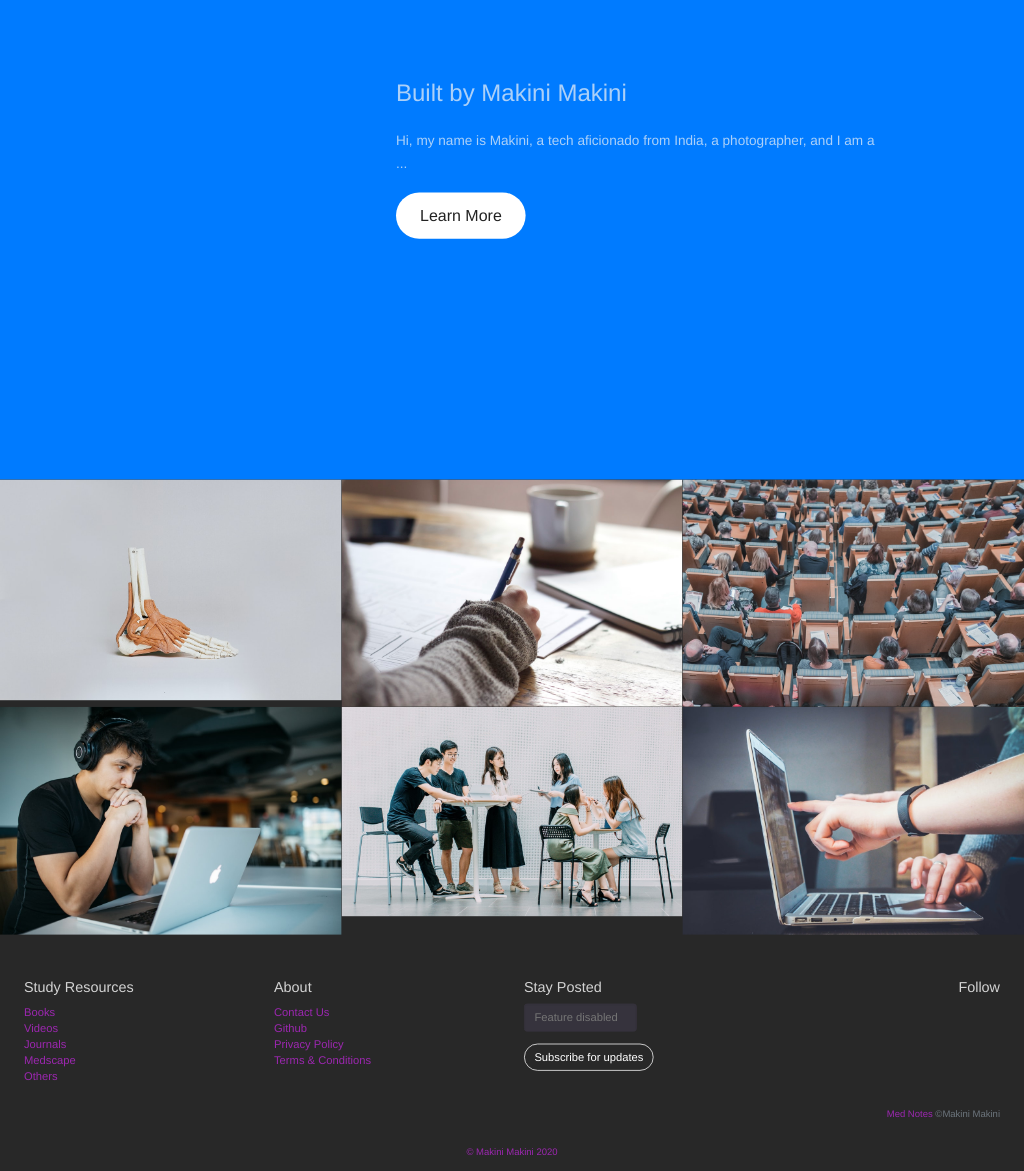
Repository: MakiniMakini/AMSUN-NOTES
Page: http://localhost/
These files come from the project's save history. The page is drawn as it stood at one moment and after the next save; the edit follows.
The browser window is 1280 px wide. The pictures show the part of the page from y = 787 to 2251 px (the page is 2251 px tall), at 80% of full size.
Some web fonts or font styles are not loaded; a fallback is used. The page is served by the project's application, run on Flask 3 (application.py). Other server files are loaded and not shown.

Above is the page before, as saved 2020-12-27 16:29:01.

### templates/home.html
{% extends "layout.html" %}

{% block title %}
    Home
{% endblock %}

{% block main %}


<header id="first">
    <div class="header-content">
        <div class="inner">
            {% if session.user_id %}
            <h1 class="cursive">Welcome, Medical Student Notes</h1>
            <h4>An easy way to watch Youtube Videos and save notes</h4>
            <hr>
                <a href="https://www.youtube.com" target="blank"  class="btn btn-primary btn-xl mb-5 mb-md-0">Search Youtube</a> &nbsp; <a href="/home" class="btn btn-primary btn-xl page-scroll">Get Started</a>
            {% else %}
                <h1 class="cursive">Amsun Notes</h1>
                <hr>
                <a href="/about" data-toggle="collapse" class="btn btn-primary btn-xl page-scroll">About</a> &nbsp; <a href="/login" class="btn btn-primary btn-xl page-scroll">Get Started</a>
            {% endif %}
        </div>
    </div>
</header>
<section  id="one"  class="bg-primary" >
    <div class="container-fluid">
        <div class="row justify-content-center">
            <div class="col-lg-6 col-lg-offset-3 col-md-8 col-md-offset-2">
                <h2 class="margin-top-0  text-faded">Built by Makini Makini</h2>
                <br>
                <p class="text-faded">
                    Hi, my name is Makini, a tech aficionado from India, a photographer, and I am a ...
                </p>
                <a href="https://makini-makini.herokuapp.com" class="btn btn-default btn-xl page-scroll" target="blank">Learn More </a>
            </div>
        </div>
    </div>
</section>

<section id="three" class="no-padding">
    <div class="container-fluid">
        <div class="row no-gutter">
            <div class="col-lg-4 col-sm-6">
                <a href="#galleryModal" class="gallery-box" data-toggle="modal" data-src="./assets/deer.jpg">
                    <img src="/static/images/deer.jpg" class="img-responsive" alt="Image 1">
                    <div class="gallery-box-caption">
                        <div class="gallery-box-content">
                            <div>
                                <i class="icon-lg ion-ios-search"></i>
                            </div>
                        </div>
                    </div>
                </a>
            </div>
            <div class="col-lg-4 col-sm-6">
                <a href="#galleryModal" class="gallery-box" data-toggle="modal" data-src="/static/images/beach.jpg">
                    <img src="/static/images/beach.jpg" class="img-responsive" alt="Image 2">
                    <div class="gallery-box-caption">
                        <div class="gallery-box-content">
                            <div>
                                <i class="icon-lg ion-ios-search"></i>
                            </div>
                        </div>
                    </div>
                </a>
            </div>
            <div class="clearfix hidden-lg"> </div>
            <div class="col-lg-4 col-sm-6">
                <a href="#galleryModal" class="gallery-box" data-toggle="modal" data-src="./assets/lake.jpg">
                    <img src="/static/images/lake.jpg" class="img-responsive" alt="Image 3">
                    <div class="gallery-box-caption">
                        <div class="gallery-box-content">
                            <div>
                                <i class="icon-lg ion-ios-search"></i>
                            </div>
                        </div>
                    </div>
                </a>
            </div>
            <div class="col-lg-4 col-sm-6">
                <a href="#galleryModal" class="gallery-box" data-toggle="modal" data-src="./assets/bike.jpg">
                    <img src="/static/images/bike.jpg" class="img-responsive" alt="Image 4">
                    <div class="gallery-box-caption">
                        <div class="gallery-box-content">
                            <div>
                                <i class="icon-lg ion-ios-search"></i>
                            </div>
                        </div>
                    </div>
                </a>
            </div>
            <div class="clearfix hidden-lg"> </div>
            <div class="col-lg-4 col-sm-6">
                <a href="#galleryModal" class="gallery-box" data-toggle="modal" data-src="./assets/city.jpg">
                    <img src="/static/images/city.jpg" class="img-responsive" alt="Image 5">
                    <div class="gallery-box-caption">
                        <div class="gallery-box-content">
                            <div>
                                <i class="icon-lg ion-ios-search"></i>
                            </div>
                        </div>
                    </div>
                </a>
            </div>
            <div class="col-lg-4 col-sm-6">
                <a href="#galleryModal" class="gallery-box" data-toggle="modal" data-src="./assets/colors.jpg">
                    <img src="/static/images/colors.jpg" class="img-responsive" alt="Image 6">
                    <div class="gallery-box-caption">
                        <div class="gallery-box-content">
                            <div>
                                <i class="icon-lg ion-ios-search"></i>
                            </div>
                        </div>
                    </div>
                </a>
            </div>
        </div>
    </div>
</section>



<footer id="footer">
    <div class="container-fluid">
        <div class="row">
            <div class="col-xs-6 col-sm-3 column">
                <h4>Study Resources</h4>
                <ul class="list-unstyled">
                    <li><a href="https://www.pdfdrive.com/category/45" target="blank">Books</a></li>
                    <li><a href="https://www.youtube.com/c/osmosis/videos" target="blank">Videos</a></li>
                    <li><a href="http://www.freemedicaljournals.com" target="blank">Journals</a></li>
                    <li><a href="http://www.medscape.com" target="blank">Medscape</a></li>
                    <li><a href="https://www.youtube.com/user/armandohasudungan/videos" target="blank">Others</a></li>
                </ul>
            </div>
            <div class="col-xs-6 col-sm-3 column">
                <h4>About</h4>
                <ul class="list-unstyled">
                    <li><a href="mailto:brianmakini@gmail.com">Contact Us</a></li>
                    <li><a href="https://github.com/MakiniMakini" target="blank">Github</a></li>
                    <li><a href="#">Privacy Policy</a></li>
                    <li><a href="#">Terms &amp; Conditions</a></li>
                </ul>
            </div>
            <div class="col-xs-12 col-sm-3 column">
                <h4>Stay Posted</h4>
                <form>
                    <div class="form-group">
                      <input type="text" class="form-control-email" title="No spam, we promise!" placeholder="Feature disabled">
                    </div>
                    <div class="form-group">
                      <button class="btn btn-primary" data-toggle="modal" data-target="#alertModal" type="button">Subscribe for updates</button>
                    </div>
                </form>
            </div>
            <div class="col-xs-12 col-sm-3 text-right">
                <h4>Follow</h4>
                <ul class="list-inline">
                  <li><a rel="nofollow" href="" title="Twitter"><i class="icon-lg ion-social-twitter-outline"></i></a>&nbsp;</li>
                  <li><a rel="nofollow" href="" title="Facebook"><i class="icon-lg ion-social-facebook-outline"></i></a>&nbsp;</li>
                  <li><a rel="nofollow" href="" title="Dribble"><i class="icon-lg ion-social-dribbble-outline"></i></a></li>
                </ul>
            </div>
        </div>
        <br/>
        <span class="pull-right text-muted small"><a href="#">Med Notes</a> ©Makini Makini</span>
    </div>
</footer>

<!--scripts loaded here -->
<script src="/js/jquery.min.js"></script>
<script src="/js/bootstrap.min.js"></script>
<script src="/js/jquery.easing.min.js"></script>
<script src="/js/wow.js"></script>
<script src="/js/scripts.js"></script>


{% endblock %}

### templates/layout.html
<!DOCTYPE html>
<html lang="en">
    <head>
        <!-- Required meta tags -->
        <meta charset="utf-8">
        <meta name="viewport" content="width=device-width, initial-scale=1, shrink-to-fit=no">

        <!-- documentation at http://getbootstrap.com/docs/4.1/, alternative themes at https://bootswatch.com/ -->
        <link href="https://maxcdn.bootstrapcdn.com/bootstrap/4.1.3/css/bootstrap.min.css" rel="stylesheet">

        <!-- https://favicon.io/emoji-favicons/money-mouth-face/ -->
        <link href="/static/favicon.ico" rel="icon">

        <link href="/static/styles.css" rel="stylesheet">
        <link rel="stylesheet" href="/static/bootstrap.min.css" />
        <link rel="stylesheet" href="/static/animate.min.css" />
        <link rel="stylesheet" href="/static/ionicons.min.css" />
        <link rel="stylesheet" href="/static/styles2.css" />
        <link rel="stylesheet" href="/static/profile.css" />

        <script src="https://code.jquery.com/jquery-3.3.1.min.js"></script>
        <script src="https://cdnjs.cloudflare.com/ajax/libs/popper.js/1.14.3/umd/popper.min.js"></script>
        <script src="https://maxcdn.bootstrapcdn.com/bootstrap/4.1.3/js/bootstrap.min.js"></script>

        <title>AMSUN Notes: {% block title %}{% endblock %}</title>
    </head>

    <body>

        <nav class="navbar navbar-expand-md navbar-light bg-none pl-5 pr-5 m-0 fixed-top">
            <a class="navbar-brand" href="/"><span class="blue">A</span><span class="red">M</span><span class="yellow">S</span><span class="green">U</span><span class="yellow">N</span> <span class="blue">Notes</span></a>
            <button aria-controls="navbar" aria-expanded="false" aria-label="Toggle navigation" class="navbar-toggler bg-light" data-target="#navbar" data-toggle="collapse" type="button">
                <span class="navbar-toggler-icon"></span>
            </button>
            <div class="collapse navbar-collapse" id="navbar" >
                {% if session.user_id %}
                    <ul class="navbar-nav mr-auto mt-2">
                        <li class="nav-item"><a class="nav-link" href="/home">New Note</a></li>
                        <li class="nav-item"><a class="nav-link" href="/my_notes">My Notes</a></li>
                    </ul>
                    <ul class="navbar-nav ml-auto mt-2 navbar-right">
                        <li class="nav-item"><a class="nav-link" href="/profile">Profile</a></li>
                        <li class="nav-item"><a class="nav-link" href="/logout">Log Out</a></li>
                    </ul>
                {% else %}
                    <ul class="navbar-nav ml-auto mt-2 navbar-right">
                        <li class="nav-item"><a class="nav-link" href="/register">Register</a></li>
                        <li class="nav-item"><a class="nav-link" href="/login">Log In</a></li>
                    </ul>
                {% endif %}
            </div>
        </nav>

        {% if get_flashed_messages() %}
            <header>
                <div class="alert alert-primary border text-center" role="alert">
                    {{ get_flashed_messages() | join(" ") }}
                </div>
            </header>
        {% endif %}

        <main class="container p-0">

        </main>
        {% block main %}{% endblock %}

        <footer class="small text-center text-muted bg-none">
             <a href="https://makini-makini.herokuapp.com">© Makini Makini 2020</a>
        </footer>

    </body>
</html>

### static/styles.css
nav .navbar-brand {
	/* size for brand */
	font-size: xx-large;
}

/* colors for brand */
nav .navbar-brand .blue {
	color: #537fbe;
}
nav .navbar-brand .red {
	color: #ea433b;
}
nav .navbar-brand .yellow {
	color: #f5b82e;
}
nav .navbar-brand .green {
	color: #2e944b;
}

.navbar .nav-link {
	color: whitesmoke !important;
}

main .form-control {
	/* center form controls */
	display: inline-block;

	/* override Bootstrap's 100% width for form controls */
	width: auto;
}

main {
	/* scroll horizontally as needed */
	overflow-x: auto;

	/* center contents */
	text-align: center;
}

main img {
	/* constrain images on small screens */
	max-width: 100%;
}

/* Style the image inside the centered container, if needed */
.centered img {
	width: 150px;
	border-radius: 50%;
}

textarea {
	font-family: monospace;
}

.section_name {
	text-align: center;
	padding: 0;
}

.form-form {
	text-align: center;
	padding-top: 10vh;
}
.btn:focus {
	outline: none !important;
}

.form-control-email {
	text-align: left;
	display: block;
	width: 50%;
	height: 35px;
	padding: 6px 12px;
	font-size: 14px;
	line-height: 1.5;
	color: #eee;
	background-color: #36333d;
	background-image: none;
	border: 1px solid #36333d;
	border-radius: 4px;
	box-shadow: inset 0 1px 1px rgba(0, 0, 0, 0.075);
	transition: border-color ease-in-out .15s, box-shadow ease-in-out .15s;
}
.form-control-email:focus {
	outline: none;
}

.my_notes {
	margin: auto;
	align-content: center;
	padding-top: 2vh;
}

.my_notes .card {
	align-content: center;
	margin: auto;
}

textarea {
	background-color: #a3462f;
	padding: 5px;
	columns: red;
}

textarea:focus {
	background-color: #2f2d33;
	outline: none;
}

.notes_form {
	margin: auto;
	align-items: center;
	align-content: center;
}
.navbar-toggler:focus {
	outline: none;
}
.myIframe {
	position: relative;
	padding-bottom: 65.25%;
	padding-top: 30px;
	height: 0;
	overflow: auto;
	-webkit-overflow-scrolling: touch; //<<--- THIS IS THE KEY
}
.myIframe iframe {
	position: relative;
	top: 0;
	left: 0;
	width: 100%;
}
.notes-btn {
	margin: auto !important;
	align-items: center !important;
	display: block !important;
}

### static/profile.css
/* Profile container */
.profile {
	margin: 20px 0;
}

/* Profile sidebar */
.profile-sidebar {
	padding: 20px 0 10px 0;
	background: #fff;
}

.profile-userpic img {
	float: none;
	margin: 0 auto;
	width: 50%;
	height: 50%;
	-webkit-border-radius: 50% !important;
	-moz-border-radius: 50% !important;
	border-radius: 50% !important;
}

.profile-usertitle {
	text-align: center;
	margin-top: 20px;
}

.profile-usertitle-name {
	color: #eceef1;
	font-size: 16px;
	font-weight: 600;
	margin-bottom: 7px;
}

.profile-usertitle-job {
	text-transform: uppercase;
	color: #5b9bd1;
	font-size: 12px;
	font-weight: 600;
	margin-bottom: 15px;
}

.profile-userbuttons {
	text-align: center;
	margin-top: 10px;
}

.profile-userbuttons .btn {
	text-transform: uppercase;
	font-size: 11px;
	font-weight: 600;
	padding: 6px 15px;
	margin-right: 5px;
}

.profile-userbuttons .btn:last-child {
	margin-right: 0px;
}

.profile-usermenu {
	margin-top: 30px;
}

.profile-usermenu ul li {
	border-bottom: 1px solid #f0f4f7;
}

.profile-usermenu ul li:last-child {
	border-bottom: none;
}

.profile-usermenu ul li a {
	color: #93a3b5;
	font-size: 14px;
	font-weight: 400;
}

.profile-usermenu ul li a i {
	margin-right: 8px;
	font-size: 14px;
}

.profile-usermenu ul li a:hover {
	background-color: #fafcfd;
	color: #5b9bd1;
}

.profile-usermenu ul li.active {
	border-bottom: none;
}

.profile-usermenu ul li.active a {
	color: #dd831c;
	background-color: #f6f9fb;
	border-left: 2px solid #e92309;
	margin-left: -2px;
}

/* Profile Content */
.profile-content {
	padding: 20px;
	background: rgb(27, 23, 23);
	min-height: 200px;
	font-family: monospace;
}

Loaded but not shown: static/bootstrap.min.css (library); static/animate.min.css (library); static/ionicons.min.css (library); js/jquery.min.js (library); js/bootstrap.min.js (library); js/jquery.easing.min.js (library); js/wow.js (library); js/scripts.js (34 lines, source omitted); static/styles2.css (529 lines, source omitted); application.py (254 lines, source omitted)

After the next save:
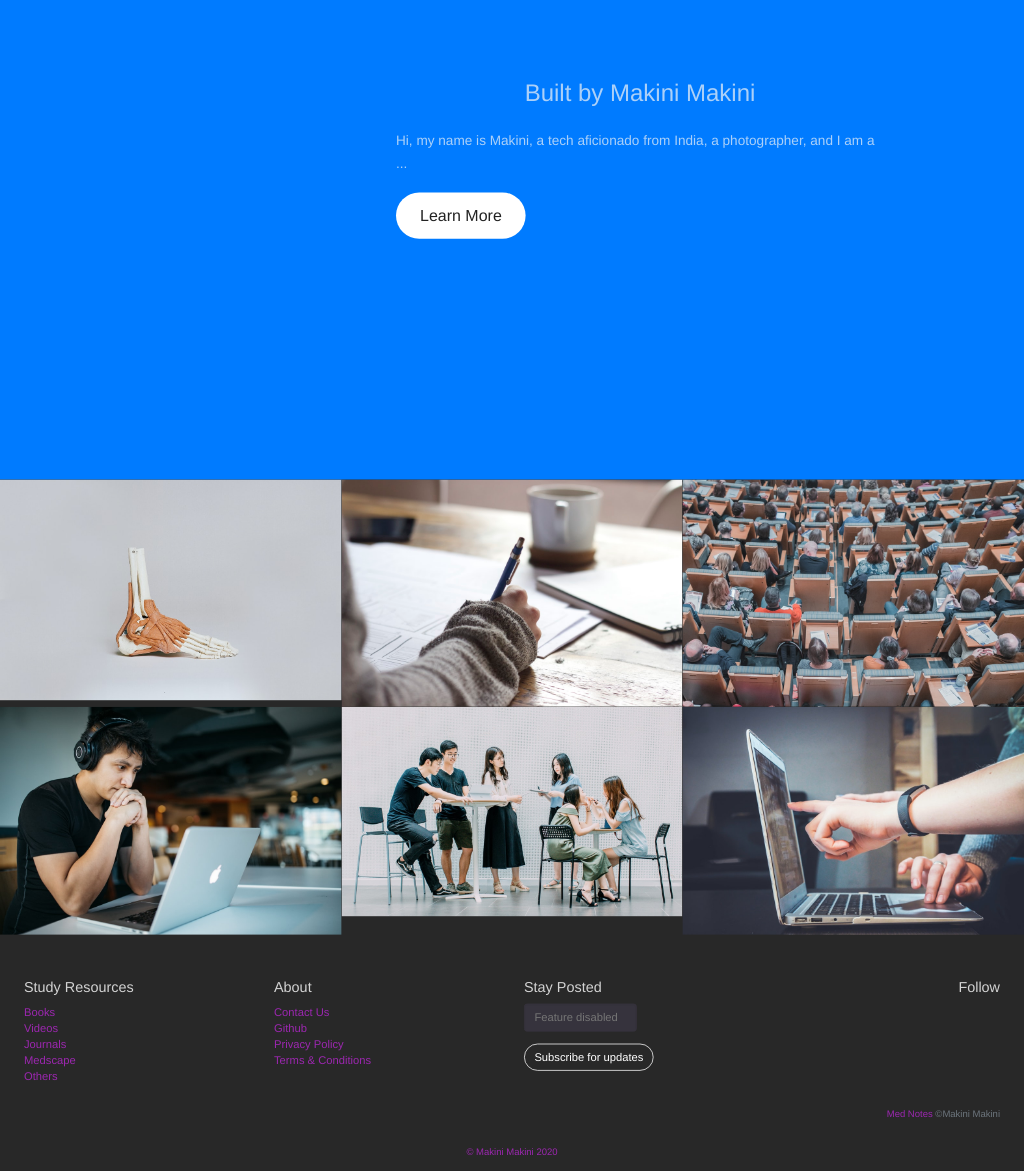
Saved 58 s later.
--- a/templates/home.html
+++ b/templates/home.html
@@ -27,7 +27,7 @@
     <div class="container-fluid">
         <div class="row justify-content-center">
             <div class="col-lg-6 col-lg-offset-3 col-md-8 col-md-offset-2">
-                <h2 class="margin-top-0  text-faded">Built by Makini Makini</h2>
+                <h2 class="margin-top-0  text-faded text-center">Built by Makini Makini</h2>
                 <br>
                 <p class="text-faded">
                     Hi, my name is Makini, a tech aficionado from India, a photographer, and I am a ...

After the save that followed:
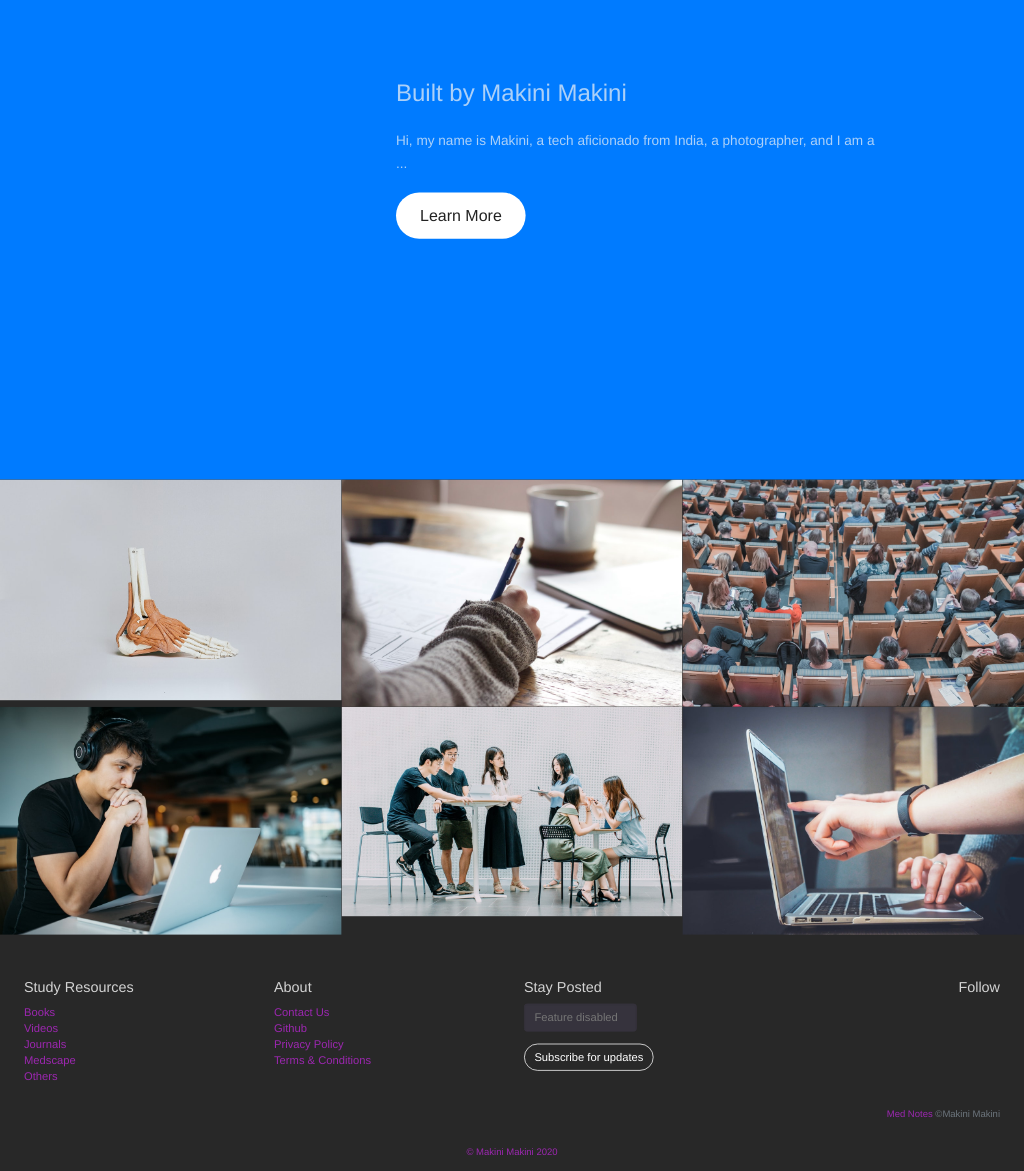
Saved 18 s later.
--- a/templates/home.html
+++ b/templates/home.html
@@ -26,8 +26,8 @@
 <section  id="one"  class="bg-primary" >
     <div class="container-fluid">
         <div class="row justify-content-center">
-            <div class="col-lg-6 col-lg-offset-3 col-md-8 col-md-offset-2">
-                <h2 class="margin-top-0  text-faded text-center">Built by Makini Makini</h2>
+            <div class="col-lg-6 col-lg-offset-3 col-md-8 col-md-offset-2 ext-center">
+                <h2 class="margin-top-0  text-faded">Built by Makini Makini</h2>
                 <br>
                 <p class="text-faded">
                     Hi, my name is Makini, a tech aficionado from India, a photographer, and I am a ...
